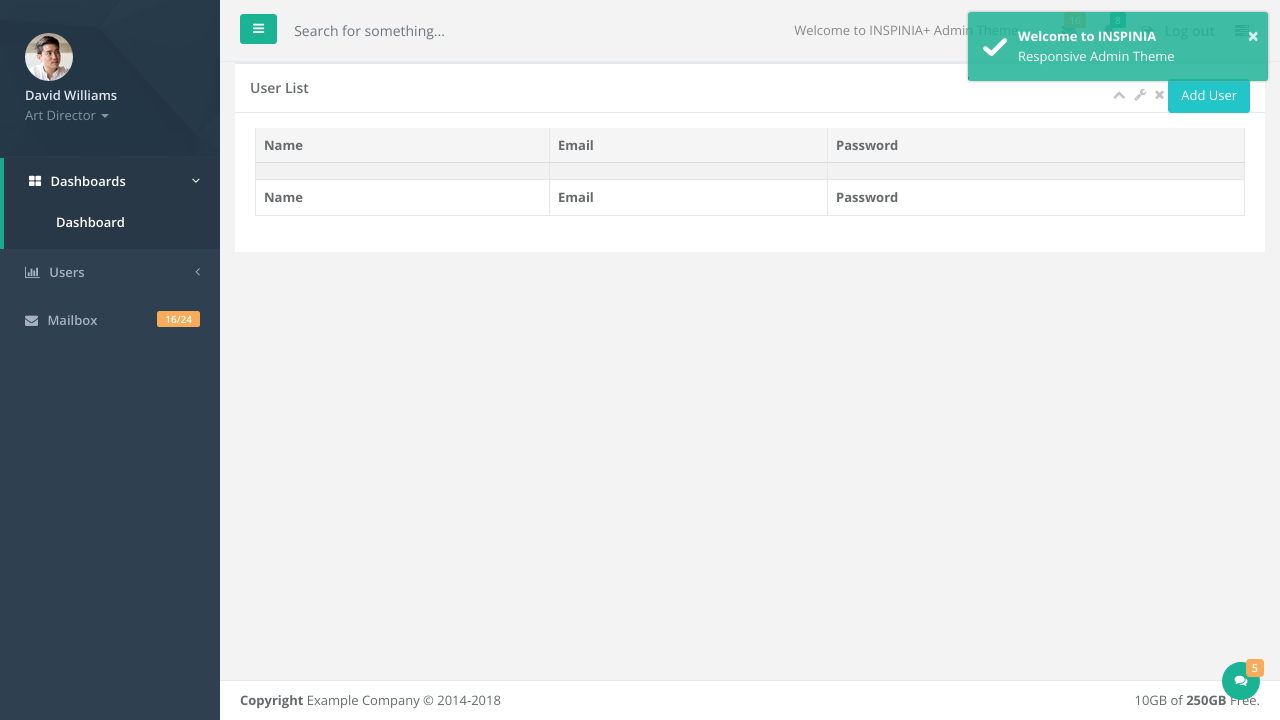
Repository: WAQARHUSSAIN12/quiz
Page: http://localhost/users
An editor plug-in stored every save of this project. The page is shown before and after the next save, followed by the edit.
The browser window is 1280 px wide. The pictures show the whole page.
The page is served by the project's Laravel application, run on PHP 8.4 with Laravel 9.

Above is the page before, as saved 2024-08-12 12:21:21.
Console error: TypeError: Cannot read properties of undefined (reading 'plugins')

After the next save:
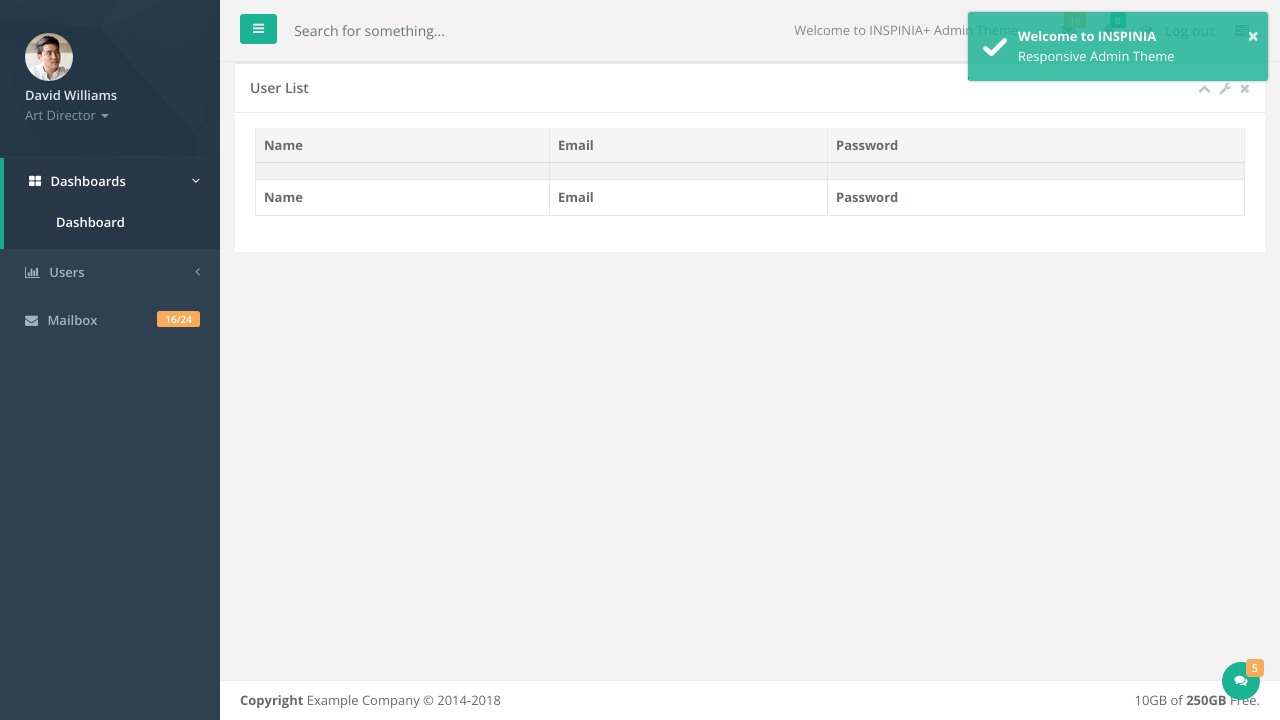
Saved 36 s later.
--- a/resources/views/backend/users/index.blade.php
+++ b/resources/views/backend/users/index.blade.php
@@ -28,7 +28,7 @@
                     <a class="close-link">
                         <i class="fa fa-times"></i>
                     </a>
-                    <button class="btn btn-info" id="add_user_btn"> Add User  </button>
+
                 </div>
             </div>
             <div class="ibox-content">
